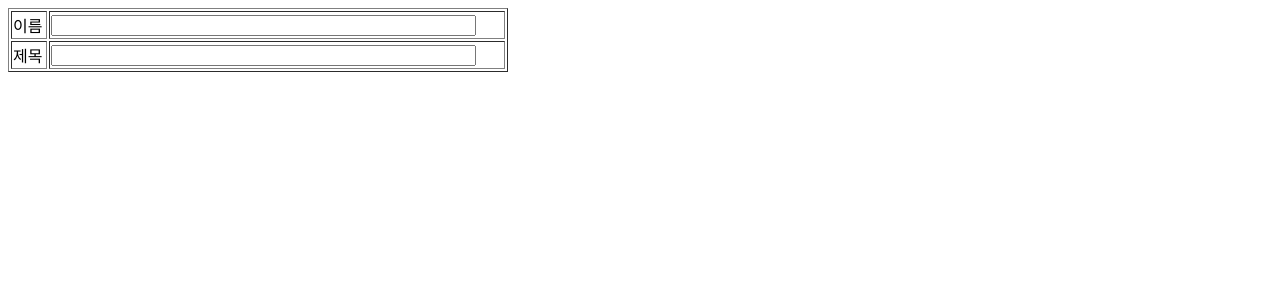
Repository: choogeonhwi/java-
Page: http://localhost/spring_mvc_board1/write_view
These files come from the project's save history. The page is drawn as it stood at one moment and after the next save; the edit follows.
The browser window is 1280 px wide. The pictures show the whole page.
The page is served by Tomcat 9.

Above is the page before, as saved 2024-01-08 07:28:44.

After the next save:
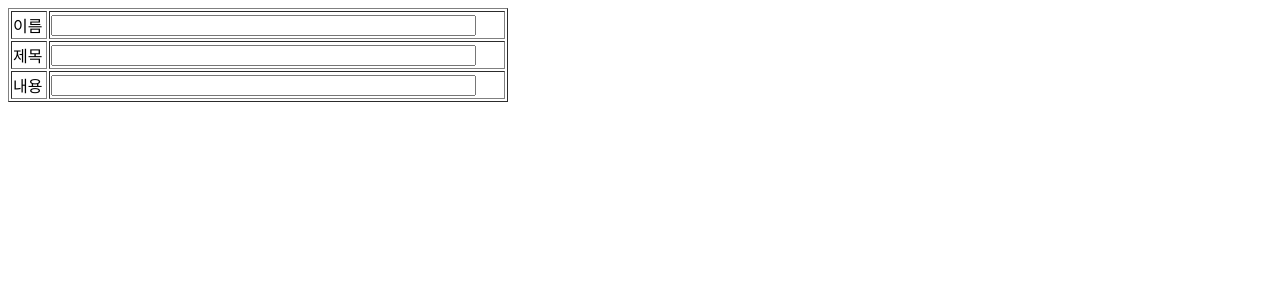
Saved 19 s later.
--- a/Spring/spring_mvc_board1/src/main/webapp/WEB-INF/views/write_view.jsp
+++ b/Spring/spring_mvc_board1/src/main/webapp/WEB-INF/views/write_view.jsp
@@ -19,6 +19,11 @@
 	<td> <input type="text" name="btitle" size="50"> </td>
 
 	</tr>
+	<tr>
+	<td>내용</td>
+	<td> <input type="text" name="bcontent" size="50"> </td>
+
+	</tr>
  </form>
 </table>
 </body>
